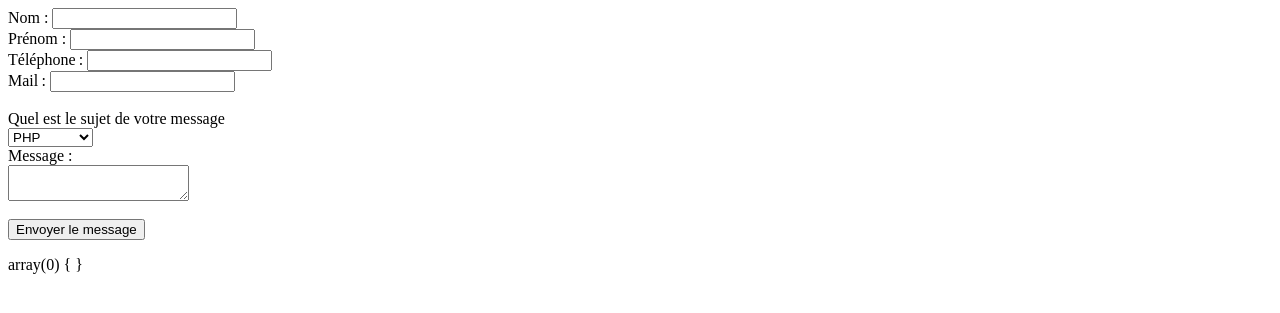
Repository: Val712/quete-Formulaires
Page: http://localhost/form.php
An editor plug-in stored every save of this project. The page is shown before and after the next save, followed by the edit.
The browser window is 1280 px wide. The pictures show the whole page.
The page is run by PHP 8.4 with error messages shown; the project is at /var/www/html/.

Above is the page before, as saved 2019-08-25 02:56:14.

After the next save:
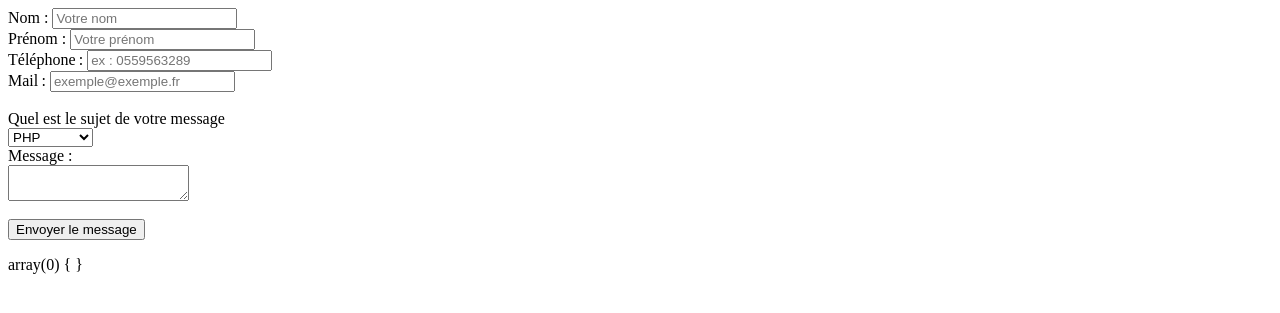
Saved 8 h 23 min later.
--- a/form.php
+++ b/form.php
@@ -1,25 +1,23 @@
 <form  action="form.php"  method="post">
     <div>
         <label for="name">Nom :</label>
-        <input type="text" id="name" name="user_name" value="" required>
+        <input type="text" id="name" name="user_name" value="" required placeholder="Votre nom" maxlength="15">
     </div>
     <label for="prenom">Prénom :</label>
-        <input type="text" id="prenom" name="user_prenom" value="" required>
+        <input type="text" id="prenom" name="user_prenom" value="" required placeholder="Votre prénom"maxlength="15">
     </div>
     <div>
         <label for="tel">Téléphone :</label>
-        <input type="tel" id="tel" name="user_tel" required>
+        <input type="tel" id="tel" name="user_tel" required placeholder="ex : 0559563289">
     </div>
     <div>
         <label for="mail">Mail :</label>
-        <input type="email" id="mail" name="user_mail" required>
+        <input type="email" id="mail" name="user_mail" required placeholder="exemple@exemple.fr" maxlength="30">
     </div></br>
 
     <label for="sujet">Quel est le sujet de votre message</label><br />
        <select name="sujet" id="sujet" required>
            <option value="PHP">PHP</option>
-           <option value="Symphony">Symphony</option>
-           <option value="MYSQL">MYSQL</option>
            <option value="Unix">Unix</option>
            <option value="Integration">Intégration</option>
            <option value="git">Git</option>
@@ -29,7 +27,7 @@
 
     <div>
         <label for="msg">Message :</label> </br>
-        <textarea id="msg" name="user_message" required></textarea>
+        <textarea id="msg" name="user_message" required></textarea placeholder="écrivez ici votre message"maxlength="255">
     </div> </br>
 
     <div class="button">
